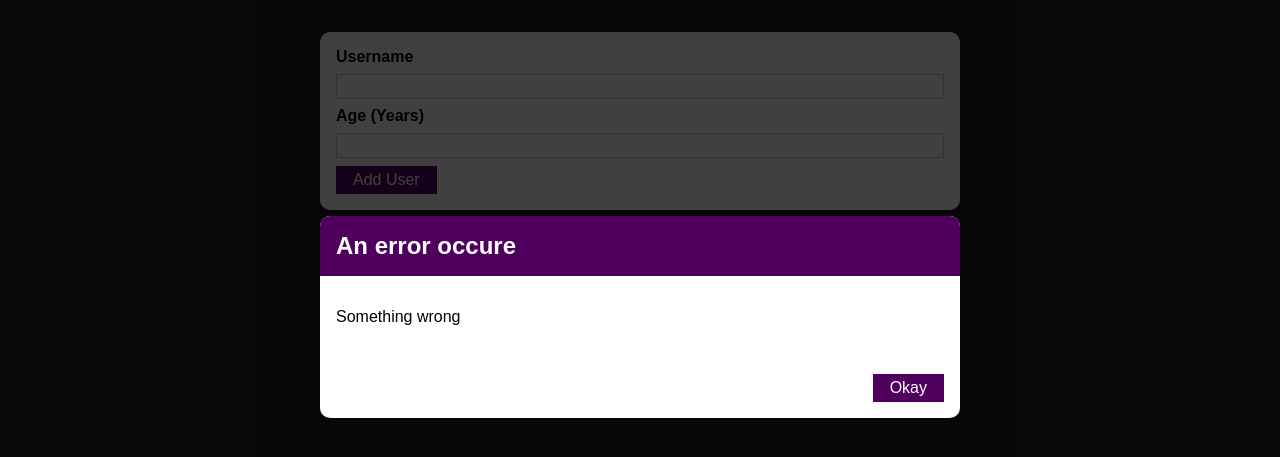
Repository: wenxi0504/React-userInput
Page: /
These files come from the project's save history. The page is drawn as it stood at one moment and after the next save; the edit follows.
The browser window is 1280 px wide. The pictures show the whole page.
The project was rebuilt for these pictures with package versions that can differ from the ones it lists, and the page was loaded fresh each time.

Above is the page before, as saved 2022-06-01 23:40:34.

After the next save:
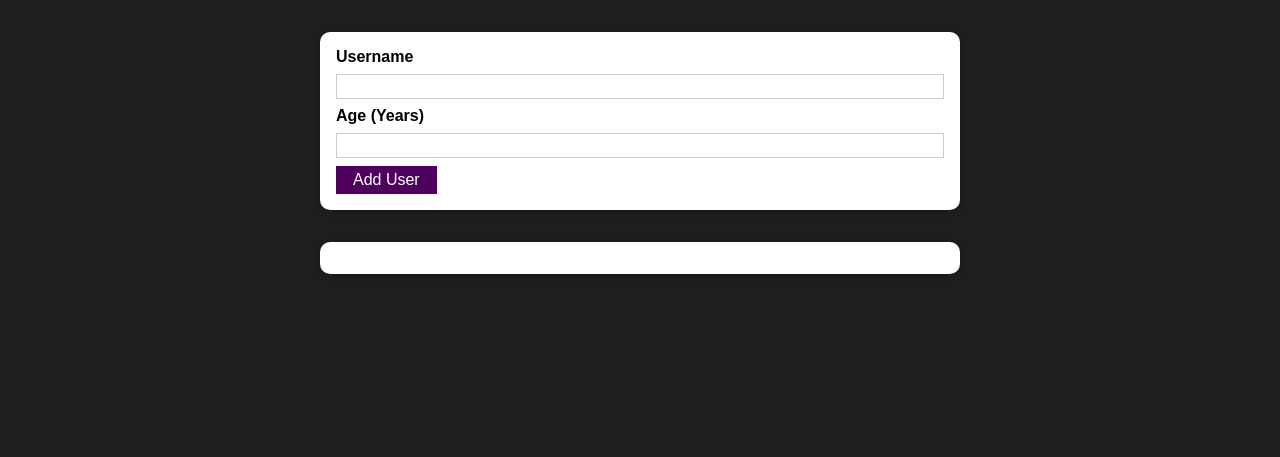
Saved 2 min 13 s later.
--- a/src/components/Users/AddUser.js
+++ b/src/components/Users/AddUser.js
@@ -45,7 +45,9 @@ const AddUser = (props) => {
   // addUserHandler()means call immediately value是双向绑定使value为最新的值
   return (
     <div>
-      <ErrorModel title="An error occure" message="Something wrong" />
+      {error && (
+        <ErrorModel title="An error occure" message="Something wrong" />
+      )}
       <Card className={classes.input}>
         <form onSubmit={addUserHandler}>
           <label htmlFor="username">Username</label>
